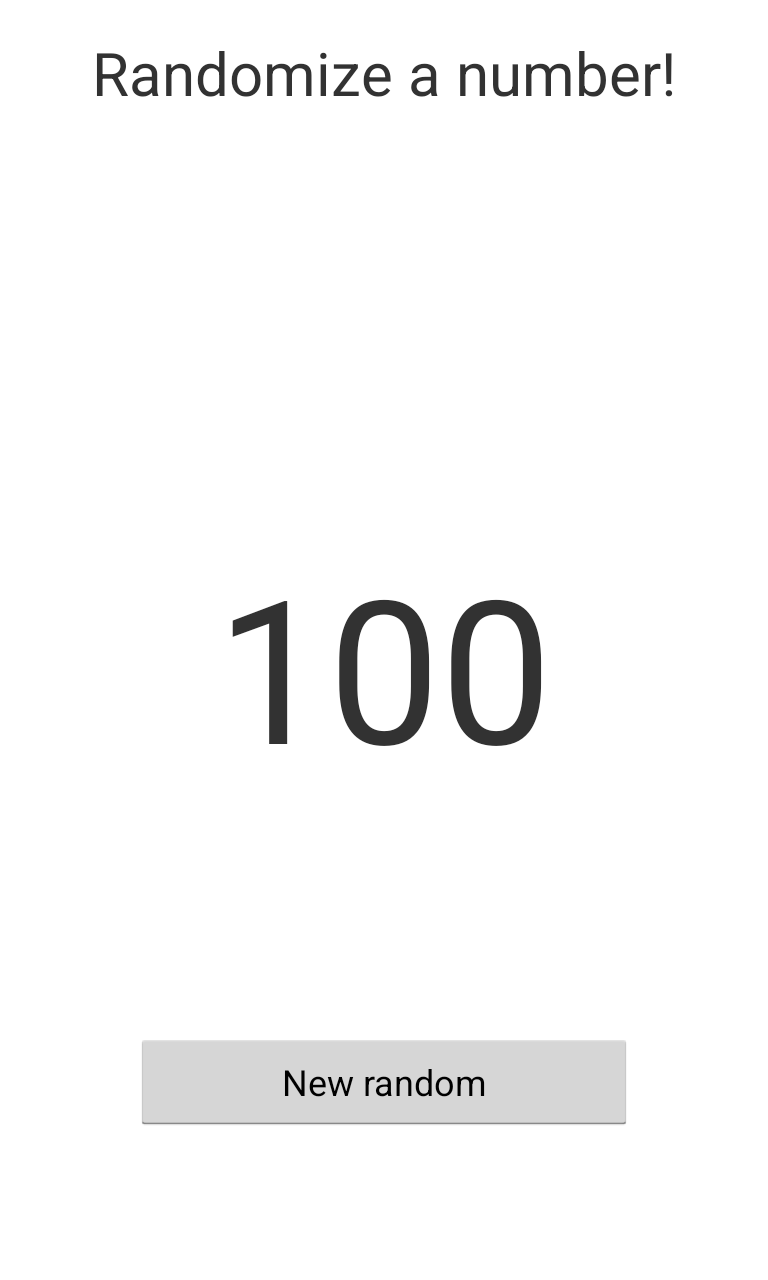
Repository: me222rs/AndroidLab1
Layout: Lab1/res/layout/activity_main.xml
An editor plug-in stored every save of this project. The layout is shown before and after the next save, followed by the edit.
It is drawn on a 768 x 1280 px phone screen (xhdpi) without system bars, with theme AppTheme; the app's code is not run.

Above is the layout before, as saved 2014-11-14 09:35:08.

### Lab1/res/layout/activity_main.xml
<RelativeLayout xmlns:android="http://schemas.android.com/apk/res/android"
    xmlns:tools="http://schemas.android.com/tools"
    android:layout_width="match_parent"
    android:layout_height="match_parent"
    android:paddingBottom="@dimen/activity_vertical_margin"
    android:paddingLeft="@dimen/activity_horizontal_margin"
    android:paddingRight="@dimen/activity_horizontal_margin"
    android:paddingTop="@dimen/activity_vertical_margin"
    tools:context="com.example.lab1.MainActivity" >

    <TextView


        android:layout_width="wrap_content"
        android:layout_height="wrap_content"
        android:text="Randomize a number!"
        android:textSize="30dp"
        android:layout_centerHorizontal="true"
        />

        <TextView

       	android:id="@+id/randomText"
       	android:layout_marginTop="250dp"
        android:layout_width="wrap_content"
        android:layout_height="wrap_content"
        android:text="100"
        android:textSize="100dp"
        android:layout_centerHorizontal="true"
        />

    <Button
        android:id="@+id/randomizeButton"
        android:layout_centerHorizontal="true"
        android:layout_marginTop="500dp"
    	android:layout_height="50dp"
     	android:layout_width="250dp"
    	android:text="New random"

    />


</RelativeLayout>

Loaded but not shown: Lab1/res/values/styles.xml (common file); Lab1/res/values-v11/styles.xml (common file); Lab1/res/values-v14/styles.xml (common file); Lab1/res/values/dimens.xml (common file); Lab1/res/values-w820dp/dimens.xml (common file)

After the next save:
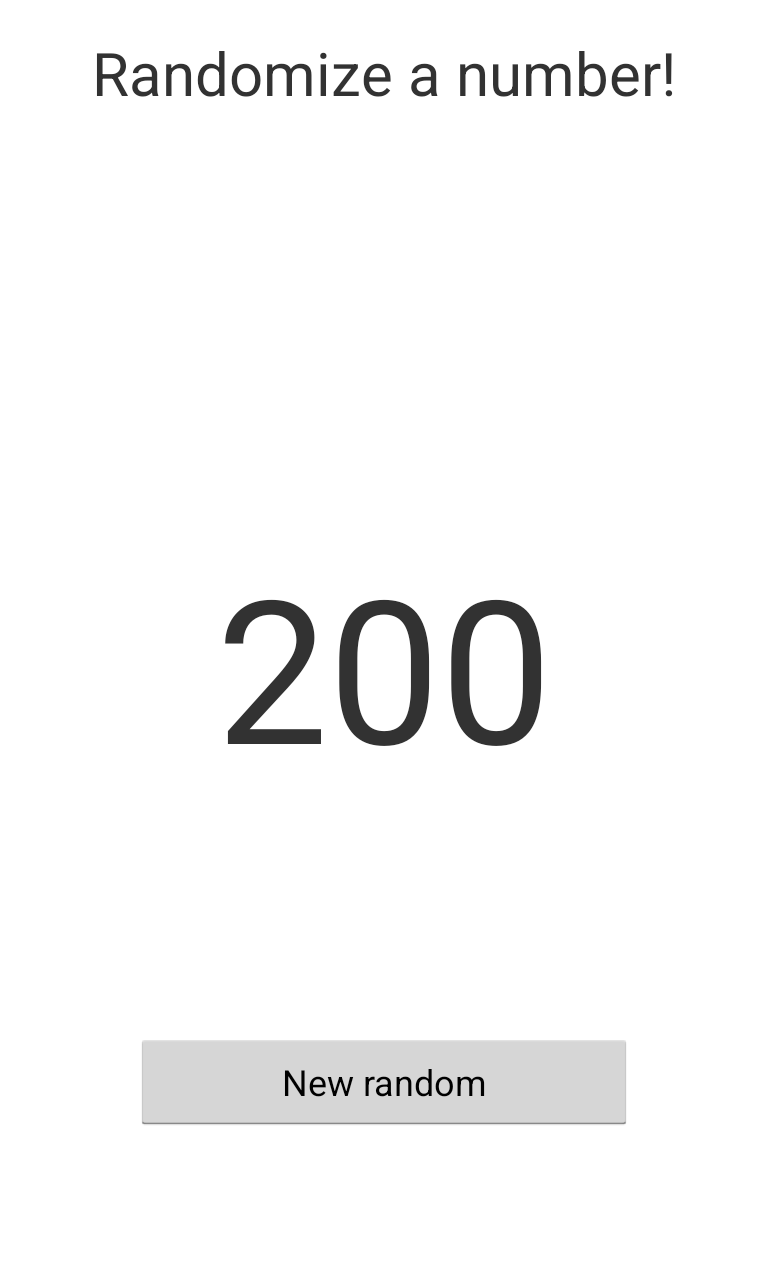
Saved 13 s later.
--- a/Lab1/res/layout/activity_main.xml
+++ b/Lab1/res/layout/activity_main.xml
@@ -24,7 +24,7 @@
        	android:layout_marginTop="250dp"
         android:layout_width="wrap_content"
         android:layout_height="wrap_content"
-        android:text="100"
+        android:text="200"
         android:textSize="100dp"
         android:layout_centerHorizontal="true"
         />
